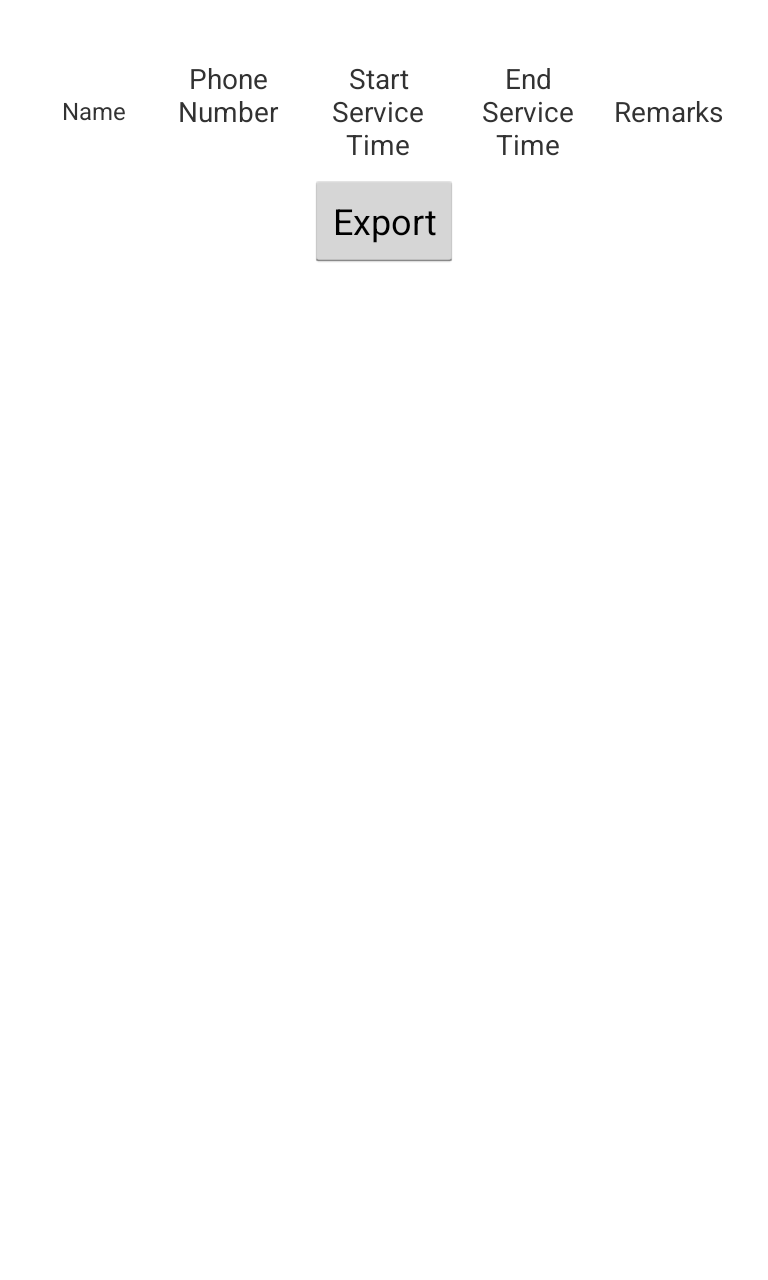
Repository: judemailom/queue-manager
Layout: QueueManager/res/layout/activity_logs.xml
The author's editor kept a copy of each file at every save. The layout is drawn from the files as they stood at one save, then again after the next save.
It is drawn on a 768 x 1280 px phone screen (xhdpi) without system bars, with theme AppTheme; the app's code is not run.

Above is the layout before, as saved 2014-02-05 15:57:59.

### QueueManager/res/layout/activity_logs.xml
<ScrollView xmlns:android="http://schemas.android.com/apk/res/android"
    xmlns:tools="http://schemas.android.com/tools"
    android:layout_width="match_parent"
    android:layout_height="wrap_content"
    tools:context=".LogsActivity" >

	<LinearLayout
	    android:layout_width="match_parent"
	    android:layout_height="wrap_content"
	    android:orientation="vertical" >

		<!-- <Button
		    android:id="@+id/select_date"
		    style="?android:attr/buttonStyleSmall"
		    android:layout_width="wrap_content"
		    android:layout_height="wrap_content"
		    android:text="@string/select_date_button"
		    android:onClick="showDatePickerDialog"/>
		 -->

        <TableLayout
            android:id="@+id/table_log"
            android:layout_width="match_parent"
            android:layout_height="wrap_content" >

            <TableRow
                android:id="@+id/date_header"
                android:layout_width="match_parent"
                android:layout_height="wrap_content"
                android:gravity="center_horizontal" >

                <TextView
                    android:id="@+id/log_date"
                    android:layout_width="wrap_content"
                    android:layout_height="wrap_content"
                    android:gravity="center"
            		android:layout_span="4"
            		android:textStyle="bold"
                    android:textAppearance="?android:attr/textAppearanceMedium" />

            </TableRow>

        	<TableRow
        	    android:id="@+id/log_header"
        	    android:layout_width="wrap_content"
        	    android:layout_height="wrap_content"
        	    android:padding="@dimen/table_padding" >

        	    <TextView
        	        android:layout_width="0dp"
        	        android:layout_height="wrap_content"
        	        android:layout_gravity="center_vertical"
        	        android:layout_weight="1"
        	        android:gravity="center"
        	        android:paddingLeft="15dp"
        	        android:paddingRight="5dp"
        	        android:text="@string/name_head"
        	        android:textSize="12sp" />

        	    <TextView
        	        android:layout_width="0dp"
        	        android:layout_height="wrap_content"
        	        android:layout_weight="1"
        	        android:gravity="center"
        	        android:paddingRight="5dp"
        	        android:text="@string/number_head"
        	        android:textSize="14sp" />

        	    <TextView
        	        android:layout_width="0dp"
        	        android:layout_height="wrap_content"
        	        android:layout_gravity="center_vertical"
        	        android:layout_weight="1"
        	        android:gravity="center"
        	        android:paddingRight="5dp"
        	        android:text="@string/start_head"
        	        android:textSize="14sp" />

        	    <TextView
        	        android:layout_width="0dp"
        	        android:layout_height="wrap_content"
        	        android:layout_gravity="center_vertical"
        	        android:layout_weight="1"
        	        android:gravity="center"
        	        android:paddingRight="5dp"
        	        android:text="@string/end_head"
        	        android:textSize="14sp" />

        	    <TextView
        	        android:layout_width="0dp"
        	        android:layout_height="wrap_content"
        	        android:layout_gravity="center_vertical"
        	        android:layout_weight="1"
        	        android:gravity="center"
        	        android:paddingRight="15dp"
        	        android:text="@string/remarks_head"
        	        android:textSize="14sp" />
        	</TableRow>

		</TableLayout>

        <Button
            android:layout_width="wrap_content"
            android:layout_height="wrap_content"
            android:layout_gravity="center_vertical|center_horizontal"
            android:text="@string/export_button"
            android:onClick="export_method" />


	</LinearLayout>

</ScrollView>

### QueueManager/res/values/styles.xml
<resources>

    <!--
        Base application theme, dependent on API level. This theme is replaced
        by AppBaseTheme from res/values-vXX/styles.xml on newer devices.
    -->
    <style name="AppBaseTheme" parent="android:Theme.Light.NoTitleBar">
        <!--
            Theme customizations available in newer API levels can go in
            res/values-vXX/styles.xml, while customizations related to
            backward-compatibility can go here.
        -->
    </style>

    <!-- Application theme. -->
    <style name="AppTheme" parent="AppBaseTheme">
        <!-- All customizations that are NOT specific to a particular API-level can go here. -->
    </style>
    <color name="white">#FFFFFF</color>
    <color name="gray">#F0F0F0</color>

</resources>

### QueueManager/res/values/dimens.xml
<resources>

    <!-- Default screen margins, per the Android Design guidelines. -->
    <dimen name="activity_horizontal_margin">20dp</dimen>
    <dimen name="activity_vertical_margin">20dp</dimen>
    <dimen name="font_title">50dp</dimen>
    <dimen name="font_home">20dp</dimen>
    <dimen name="table_padding">5dp</dimen>

</resources>

### QueueManager/res/values/strings.xml
<?xml version="1.0" encoding="utf-8"?>
<resources>

    <string name="app_name">Queue Manager</string>
    <string name="action_settings">Edit Profile</string>
    <string name="title">Logo</string>
    <string name="login">Login</string>
    <string name="hint_password">Password</string>
    <string name="title_activity_home">HomeActivity</string>
    <string name="hello_world">Hello world!</string>
    <string name="desc_calendar">calendar</string>
    <string name="desc_queue">queue count</string>
    <string name="desc_clock">clock</string>
    <string name="button_close">OPEN QUEUE</string>
    <string name="button_pause">CLOSE QUEUE</string>
    <string name="button_export">EXPORT</string>
    <string name="title_activity_queue">Queue</string>
    <string name="now_serving">Now Serving</string>
    <string name="current_queue">Current Queue</string>
    <string name="desc_now_serving">now_serving</string>
    <string name="desc_current_queue">current_queue</string>
    <string name="queue_count">CLOSED QUEUE</string>
    <string name="about">About</string>
    <string name="help">Help</string>
    <string name="title_activity_settings">Settings</string>
    <string name="title_activity_about">About</string>
    <string name="title_activity_help">Help</string>
    <string name="company_name">Company Name</string>
    <string name="hint"></string>
    <string name="profile_address">Address</string>
    <string name="profile_phone">Contact No.</string>
    <string name="profile_password">Password</string>
    <string name="save">Save</string>
    <string name="title_activity_logs">LogsActivity</string>
	<string name="name_head">Name</string>
	<string name="number_head">Phone Number</string>
	<string name="start_head">Start Service Time</string>
	<string name="end_head">End Service Time</string>
	<string name="remarks_head">Remarks</string>
	<string name="log">Logs</string>
	<string name="export_button">Export</string>


</resources>

Loaded but not shown: QueueManager/res/values-v11/styles.xml (common file); QueueManager/res/values-v14/styles.xml (common file)

After the next save:
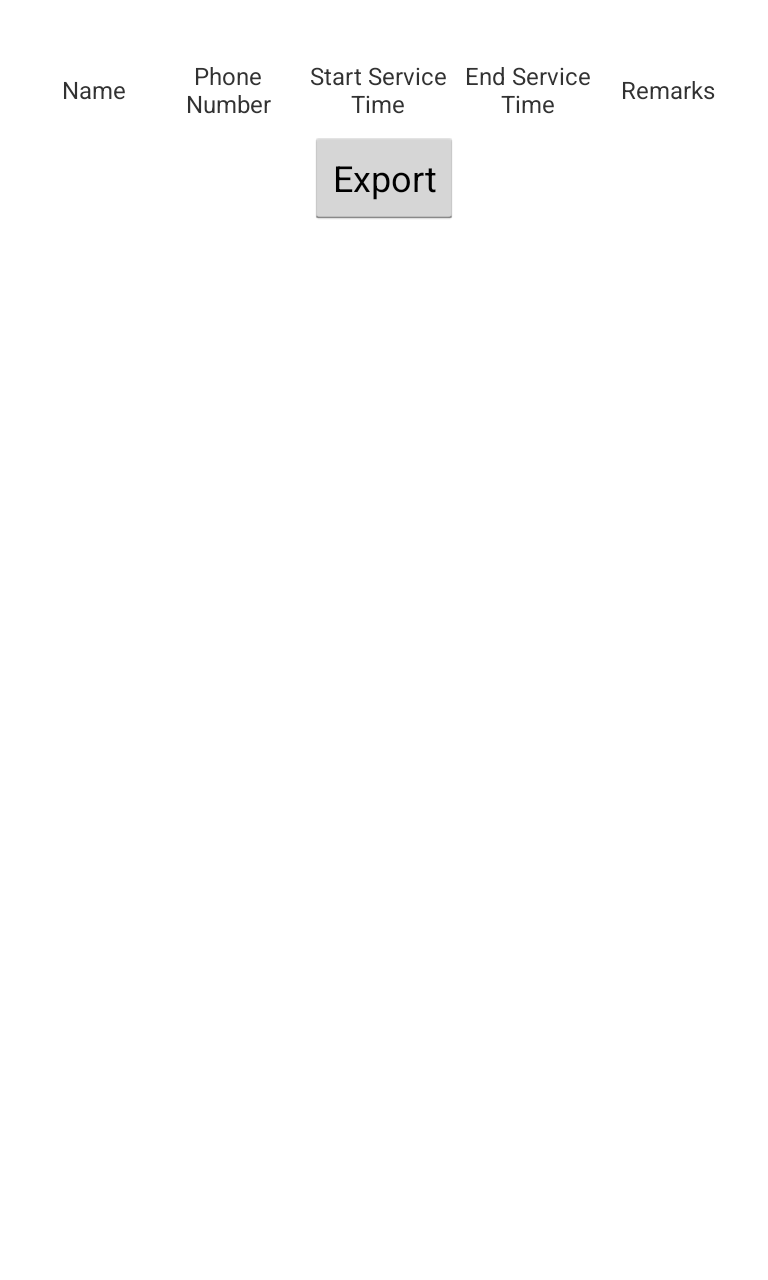
Saved 13 s later.
--- a/QueueManager/res/layout/activity_logs.xml
+++ b/QueueManager/res/layout/activity_logs.xml
@@ -64,7 +64,7 @@
         	        android:gravity="center"
         	        android:paddingRight="5dp"
         	        android:text="@string/number_head"
-        	        android:textSize="14sp" />
+        	        android:textSize="12sp" />
 
         	    <TextView
         	        android:layout_width="0dp"
@@ -74,7 +74,7 @@
         	        android:gravity="center"
         	        android:paddingRight="5dp"
         	        android:text="@string/start_head"
-        	        android:textSize="14sp" />
+        	        android:textSize="12sp" />
 
         	    <TextView
         	        android:layout_width="0dp"
@@ -84,7 +84,7 @@
         	        android:gravity="center"
         	        android:paddingRight="5dp"
         	        android:text="@string/end_head"
-        	        android:textSize="14sp" />
+        	        android:textSize="12sp" />
 
         	    <TextView
         	        android:layout_width="0dp"
@@ -94,7 +94,7 @@
         	        android:gravity="center"
         	        android:paddingRight="15dp"
         	        android:text="@string/remarks_head"
-        	        android:textSize="14sp" />
+        	        android:textSize="12sp" />
         	</TableRow>
 
 		</TableLayout>
